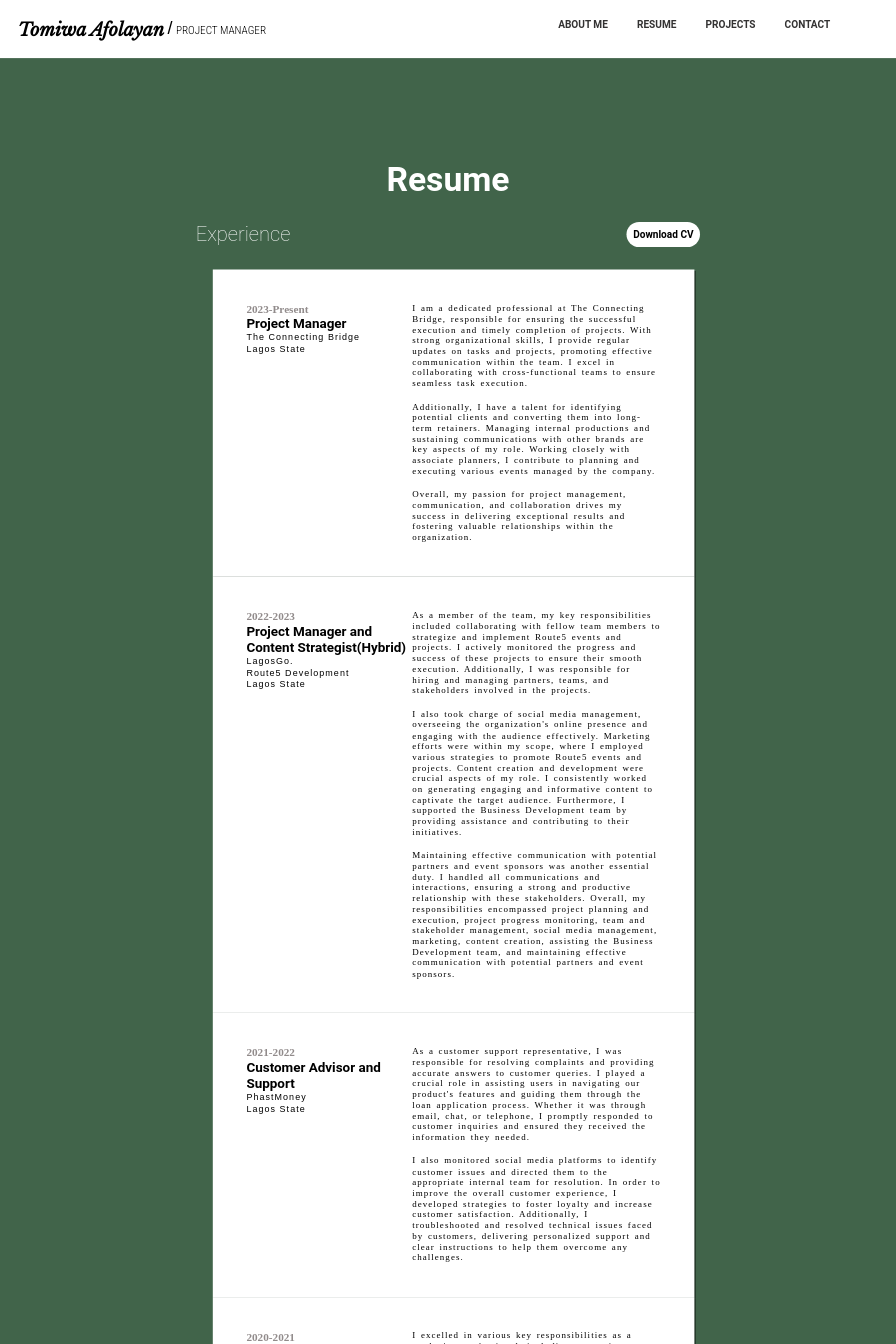
Repository: Nenepo/Tomiwa
Page: resume.html
An editor plug-in stored every save of this project. The page is shown before and after a run of saves, followed by the edit.
The browser window is 1280 px wide. The pictures show the part of the page from y = 0 to 1920 px (the page is 4882 px tall before and 4880 px after), at 70% of full size.
Some web fonts or font styles are not loaded; a fallback is used. Some web libraries are served in a nearby version.

Above is the page before, as saved 2023-07-14 10:50:44.
Console error: TypeError: Cannot read properties of null (reading 'addEventListener')

### resume.html
<html lang="en">
  <head>
    <meta charset="UTF-8" />
    <meta http-equiv="X-UA-Compatible" content="IE=edge" />
    <meta name="viewport" content="width=device-width, initial-scale=1.0" />
    <meta title="" />

    <!-- Description Tag -->
    <meta
      name="description"
      content="I identify the project's goals, objectives, and scope and I also create a project plan that outlines the tasks, timelines, and resources required. Learn more about Tomiwa Afolayan's expertise and achievements in project management."
    />

    <!-- Keywords Tag -->
    <meta
      name="keywords"
      content="project manager, strategic planning, user experience, team leadership, agile methodology, market research, project management,  project planning, risk management"
    />

    <!-- Open Graph (OG) Tags -->
    <meta
      name="og:title"
      content="Tomiwa Afolayan - Project Manager | Agile Methodology | Stakeholder Management"
    />
    <meta
      name="og:description"
      content="Experienced project manager skilled in agile methodology, stakeholder management, and delivering successful projects."
    />
    <meta name="og:image" content="http://example.com/image.jpg" />

    <!-- Twitter Card Tags -->
    <meta
      name="twitter:title"
      content="Tomiwa Afolayan - Project Manager | Agile Methodology | Stakeholder Management"
    />
    <meta
      name="twitter:description"
      content="Experienced project manager skilled in agile methodology, stakeholder management, and delivering successful projects."
    />
    <meta name="twitter:image" content="http://example.com/image.jpg" />
    <link rel="preconnect" href="https://fonts.googleapis.com" />
    <link rel="preconnect" href="https://fonts.gstatic.com" crossorigin />
    <script
      src="https://kit.fontawesome.com/abc87d4716.js"
      crossorigin="anonymous"
    ></script>
    <link
      href="https://fonts.googleapis.com/css2?family=Libre+Baskerville:ital@1&family=Noto+Serif+Georgian:wght@800&family=Roboto+Condensed:wght@300;700&display=swap"
      rel="stylesheet"
    />
    <!-- Title Tag -->
    <title>
      Tomiwa Afolayan - Product Manager | Strategic Planning | User Experience
    </title>
    <link href="styles.css" rel="stylesheet" />
  </head>
  <body>
    <iframe
      class="header-frame"
      src="header.html"
      frameborder="0"
      scrolling="no"
      seamless
    ></iframe>
    <main>
      <section class="container-resume">
        <h2 class="resume">Resume</h2>
        <div class="experience">
          <div><h3>Experience</h3></div>
          <div></div>
          <a class="cv" href="../../cv/TomiwaCV.pdf" download>Download CV</a>
        </div>
        <div class="resume-box">
          <div class="resume-box1">
            <div class="details">
              <h4>2023-Present</h4>
              <h3>Project Manager</h3>
              <p>The Connecting Bridge</p>
              <p>Lagos State</p>
            </div>
            <div class="description">
              <p>
                I am a dedicated professional at The Connecting Bridge,
                responsible for ensuring the successful execution and timely
                completion of projects. With strong organizational skills, I
                provide regular updates on tasks and projects, promoting
                effective communication within the team. I excel in
                collaborating with cross-functional teams to ensure seamless
                task execution.
              </p>
              <br />
              <p>
                Additionally, I have a talent for identifying potential clients
                and converting them into long-term retainers. Managing internal
                productions and sustaining communications with other brands are
                key aspects of my role. Working closely with associate planners,
                I contribute to planning and executing various events managed by
                the company.
              </p>
              <br />
              <p>
                Overall, my passion for project management, communication, and
                collaboration drives my success in delivering exceptional
                results and fostering valuable relationships within the
                organization.
              </p>
            </div>
          </div>
          <div class="resume-box1">
            <div class="details">
              <h4>2022-2023</h4>
              <h3>Project Manager and Content Strategist(Hybrid)</h3>
              <p>LagosGo.</p>
              <p>Route5 Development</p>
              <p>Lagos State</p>
            </div>
            <div class="description">
              <p>
                As a member of the team, my key responsibilities included
                collaborating with fellow team members to strategize and
                implement Route5 events and projects. I actively monitored the
                progress and success of these projects to ensure their smooth
                execution. Additionally, I was responsible for hiring and
                managing partners, teams, and stakeholders involved in the
                projects.
              </p>
              <br />
              <p>
                I also took charge of social media management, overseeing the
                organization's online presence and engaging with the audience
                effectively. Marketing efforts were within my scope, where I
                employed various strategies to promote Route5 events and
                projects. Content creation and development were crucial aspects
                of my role. I consistently worked on generating engaging and
                informative content to captivate the target audience.
                Furthermore, I supported the Business Development team by
                providing assistance and contributing to their initiatives.
              </p>
              <br />
              <p>
                Maintaining effective communication with potential partners and
                event sponsors was another essential duty. I handled all
                communications and interactions, ensuring a strong and
                productive relationship with these stakeholders. Overall, my
                responsibilities encompassed project planning and execution,
                project progress monitoring, team and stakeholder management,
                social media management, marketing, content creation, assisting
                the Business Development team, and maintaining effective
                communication with potential partners and event sponsors.
              </p>
            </div>
          </div>
          <div class="resume-box1">
            <div class="details">
              <h4>2021-2022</h4>
              <h3>Customer Advisor and Support</h3>
              <p>PhastMoney</p>
              <p>Lagos State</p>
            </div>
            <div class="description">
              <p>
                As a customer support representative, I was responsible for
                resolving complaints and providing accurate answers to customer
                queries. I played a crucial role in assisting users in
                navigating our product's features and guiding them through the
                loan application process. Whether it was through email, chat, or
                telephone, I promptly responded to customer inquiries and
                ensured they received the information they needed.
              </p>
              <br />
              <p>
                I also monitored social media platforms to identify customer
                issues and directed them to the appropriate internal team for
                resolution. In order to improve the overall customer experience,
                I developed strategies to foster loyalty and increase customer
                satisfaction. Additionally, I troubleshooted and resolved
                technical issues faced by customers, delivering personalized
                support and clear instructions to help them overcome any
                challenges.
              </p>
            </div>
          </div>
          <div class="resume-box1">
            <div class="details">
              <h4>2020-2021</h4>
              <h3>Marketing Manager( Hybrid)</h3>
              <p>The Factory Work</p>
              <p>Abuja</p>
            </div>
            <div class="description">
              <p>
                I excelled in various key responsibilities as a marketing
                professional, including generating marketing leads through
                effective prospecting, developing impactful marketing campaigns
                for products and events, visualizing and maintaining consistent
                branding across various channels, and successfully managing
                event promotions from start to finish.
              </p>
            </div>
          </div>
          <div class="resume-box1">
            <div class="details">
              <h4>2019-2021</h4>
              <h3>Project Manager</h3>
              <p>Playhouse Entertainment</p>
              <p>Ilorin, Kwara State.</p>
            </div>
            <div class="description">
              <p>
                In my role, I was responsible for designing event content,
                identifying and engaging with projects, investors, sponsors,
                partners, and PR contacts, managing relationships with partners
                and stakeholders of the Play house project, supervising team
                activities, negotiating sponsorships and partnerships,
                organizing PR team and board meetings, managing budgets and
                implementing cost-effective plans for projects, and developing
                work plans for team members.
              </p>
            </div>
          </div>
          <div class="resume-box1">
            <div class="details">
              <h4>2019-2020</h4>
              <h3>Special Effects Artist & Welfare</h3>
              <p>Xclusive Filmworks</p>
              <p>Ilorin, Kwara State.</p>
            </div>
            <div class="description">
              <p>
                In my role, I was responsible for producing visually captivating
                effects, convincing illusions, and designs for stage shows,
                films, music concerts, and live performances, enhancing the
                overall visual experience for audiences. I prioritized the
                welfare of team members by ensuring their needs were met and
                taken care of in a timely manner during every meeting and
                production.
              </p>
              <br />
              <p>
                Additionally, I took on the responsibility of overseeing the
                well-being of all cast and crew members on set, creating a safe
                and positive working environment. Moreover, I successfully
                managed monthly budgets and production expenses, implementing
                effective cost control measures to optimize resource allocation.
              </p>
            </div>
          </div>
          <div class="resume-box1">
            <div class="details">
              <h4>2019-2020</h4>
              <h3>Bartender/ Mixologist</h3>
              <p>Zambezi Restaurant and Lounge</p>
              <p>Ilorin, Kwara State.</p>
            </div>
            <div class="description">
              <p>
                I developed and maintained positive relationships with customers
                and business partners, ensuring their satisfaction and fostering
                long-term partnerships. Collaborating closely with team members,
                I effectively coordinated sales efforts to maximize revenue
                generation and deliver exceptional customer service. Reporting
                on a daily basis, I provided management with accurate insights
                on drink sales and inventory.
              </p>
              <br />
              <p>
                Additionally, I showcased my creativity by creating a variety of
                cocktail and mocktail recipes, adding a touch of innovation to
                the menu offerings and enhancing the overall customer
                experience. Lastly, I provided bartending services to customers,
                consistently delivering high-quality service and cultivating a
                welcoming and enjoyable atmosphere.
              </p>
            </div>
          </div>
        </div>
        <div>
          <h3 class="education">Education</h3>
          <div class="resume-box">
            <div class="education-box">
              <div class="education-date">
                <p>2016 - 2021</p>
              </div>
              <div class="education-details">
                <p>University of Ilorin</p>
                <p>(B.A History and International Studies)</p>
              </div>
            </div>
          </div>
        </div>

        <div class="professional-skill">
          <h3>Professional Skillset</h3>
          <div class="resume-box">
            <div class="skills">
              <ul>
                <li>Administration</li>
                <li>Customer Service</li>
                <li>Record Keeping</li>
                <li>Social Media Account Management</li>
                <li>Digital Marketing</li>
                <li>Sales</li>
                <li>Writer</li>
                <li>Report Writing</li>
                <li>Event Planning</li>
                <li>Event host</li>
                <li>Microsoft word</li>
                <li>PowerPoint</li>
                <li>E-mail</li>
                <li>Content writing and development</li>
              </ul>
            </div>
          </div>
        </div>
        <div class="professional-skill">
          <h3>Soft Skills</h3>
          <div class="resume-box">
            <div class="skills">
              <ul>
                <li>Analytical</li>
                <li>Communication</li>
                <li>Internet Search</li>
                <li>Teamwork and Collaboration</li>
                <li>Meticulous</li>
                <li>Planning and Organizing</li>
                <li>Time Management</li>
                <li>Negotiation</li>
                <li>Decision Making</li>
                <li>Resourcefulness</li>
                <li>Problem-Solving</li>
              </ul>
            </div>
          </div>
        </div>
      </section>
    </main>

    <iframe
      class="footer-frame2"
      src="footer.html"
      frameborder="0"
      scrolling="no"
      seamless
    ></iframe>
  </body>
</html>

### header.html
<!DOCTYPE html>
<html lang="en">
  <head>
    <meta charset="UTF-8" />
    <meta http-equiv="X-UA-Compatible" content="IE=edge" />
    <meta name="viewport" content="width=device-width, initial-scale=1.0" />
    <meta title="" />

    <!-- Description Tag -->
    <meta
      name="description"
      content="I identify the project's goals, objectives, and scope and I also create a project plan that outlines the tasks, timelines, and resources required. Learn more about Tomiwa Afolayan's expertise and achievements in project management."
    />

    <!-- Keywords Tag -->
    <meta
      name="keywords"
      content="project manager, strategic planning, user experience, team leadership, agile methodology, market research, project management,  project planning, risk management"
    />

    <!-- Open Graph (OG) Tags -->
    <meta
      name="og:title"
      content="Tomiwa Afolayan - Project Manager | Agile Methodology | Stakeholder Management"
    />
    <meta
      name="og:description"
      content="Experienced project manager skilled in agile methodology, stakeholder management, and delivering successful projects."
    />
    <meta name="og:image" content="http://example.com/image.jpg" />

    <!-- Twitter Card Tags -->
    <meta
      name="twitter:title"
      content="Tomiwa Afolayan - Project Manager | Agile Methodology | Stakeholder Management"
    />
    <meta
      name="twitter:description"
      content="Experienced project manager skilled in agile methodology, stakeholder management, and delivering successful projects."
    />
    <meta name="twitter:image" content="http://example.com/image.jpg" />
    <link rel="preconnect" href="https://fonts.googleapis.com" />
    <link rel="preconnect" href="https://fonts.gstatic.com" crossorigin />
    <script src="https://kit.fontawesome.com/abc87d4716.js" crossorigin="anonymous"></script>
    <link
      href="https://fonts.googleapis.com/css2?family=Libre+Baskerville:ital@1&family=Noto+Serif+Georgian:wght@800&family=Roboto+Condensed:wght@300;700&display=swap"
      rel="stylesheet"
    />

    <!-- Title Tag -->
    <title>
      Tomiwa Afolayan - Product Manager | Strategic Planning | User Experience
    </title>
    <link href="styles.css" rel="stylesheet" />

  </head>
<body>
  <header class="header">
    <!-- Header content goes here -->
    <!-- HAMBURGER -->
    <div class="menu-icon">
      <span class="mdi mdi-view-headline"></span>
      <span class="mdi mdi-close"></span>
    </div>
    <div class="site-header">
      <h5 class="logo">Tomiwa Afolayan</h5>
      <p class="hyphen">/</p>
      <h6 class="tag-line">PROJECT MANAGER</h6>
    </div>
    <div class="nav">
      <ol>
        <li class="list-item">
          <a  href="aboutme.html" target="_blank">ABOUT ME</a>
        </li>
        <li class="list-item">
          <a  href="resume.html" target="_blank">RESUME</a>

        </li>
        <li class="list-item">
          <a  href="projects.html" target="_blank">PROJECTS</a>
        </li>
        <li class="list-item">
          <a href="contact.html" target="_blank">CONTACT</a>
        </li>
      </ol>
    </div>
  </header>
  <script src="script.js">

  </script>
</body>
</html>

### footer.html
<!DOCTYPE html>
<html lang="en">
  <head>
    <meta charset="UTF-8" />
    <meta http-equiv="X-UA-Compatible" content="IE=edge" />
    <meta name="viewport" content="width=device-width, initial-scale=1.0" />
    <meta title="" />

    <!-- Description Tag -->
    <meta
      name="description"
      content="I identify the project's goals, objectives, and scope and I also create a project plan that outlines the tasks, timelines, and resources required. Learn more about Tomiwa Afolayan's expertise and achievements in project management."
    />

    <!-- Keywords Tag -->
    <meta
      name="keywords"
      content="project manager, strategic planning, user experience, team leadership, agile methodology, market research, project management,  project planning, risk management"
    />

    <!-- Open Graph (OG) Tags -->
    <meta
      name="og:title"
      content="Tomiwa Afolayan - Project Manager | Agile Methodology | Stakeholder Management"
    />
    <meta
      name="og:description"
      content="Experienced project manager skilled in agile methodology, stakeholder management, and delivering successful projects."
    />
    <meta name="og:image" content="http://example.com/image.jpg" />

    <!-- Twitter Card Tags -->
    <meta
      name="twitter:title"
      content="Tomiwa Afolayan - Project Manager | Agile Methodology | Stakeholder Management"
    />
    <meta
      name="twitter:description"
      content="Experienced project manager skilled in agile methodology, stakeholder management, and delivering successful projects."
    />
    <meta name="twitter:image" content="http://example.com/image.jpg" />
    <link rel="preconnect" href="https://fonts.googleapis.com" />
    <link rel="preconnect" href="https://fonts.gstatic.com" crossorigin />
    <script src="https://kit.fontawesome.com/abc87d4716.js" crossorigin="anonymous"></script>
    <link
      href="https://fonts.googleapis.com/css2?family=Libre+Baskerville:ital@1&family=Noto+Serif+Georgian:wght@800&family=Roboto+Condensed:wght@300;700&display=swap"
      rel="stylesheet"
    />
    <!-- Title Tag -->
    <title>
      Tomiwa Afolayan - Product Manager | Strategic Planning | User Experience
    </title>
    <link href="styles.css" rel="stylesheet" />
  </head>
<body>

 <footer>
    <!-- Footer content goes here -->

    <p class="copyright">&copy; 2023 by Nafisa Faruna. All rights reserved.</p>
    <div class="footer-end">
      <div class="call">
        <p >Call</p>
        <a href="tel: +9166447557"><i class="fa-solid fa-phone" style="color: #000000;"></i></a>
      </div>
      <div class="write">
        <p >Write</p>
        <a href="mailto:tomiwaafolayan69@gmail.com"><i class="fa-solid fa-envelope" style="color: #000000;"></i></a>
      </div>
      <div class="follow">
        <p >Follow</p>
        <ol>
         <li><a href="https://twitter.com/irregularsam"><i class="fa-brands fa-twitter" style="color: #000000;"></i></a></li>
         <li><a href="https://www.instagram.com/tomiwa__afolayan/"><i class="fa-brands fa-linkedin-in" style="color: #000000;"></i></a></li>
         <li><a href="https://www.linkedin.com/in/tomiwa-afolayan-053242218"><i class="fa-brands fa-instagram" style="color: #000000;"></i></a></li>

        </ol>

       </div>
    </div>
  </footer>

</body>
</html>

Loaded but not shown: script.js (16 lines, source omitted); styles.css (1029 lines, source omitted)

After the next 2 saves:
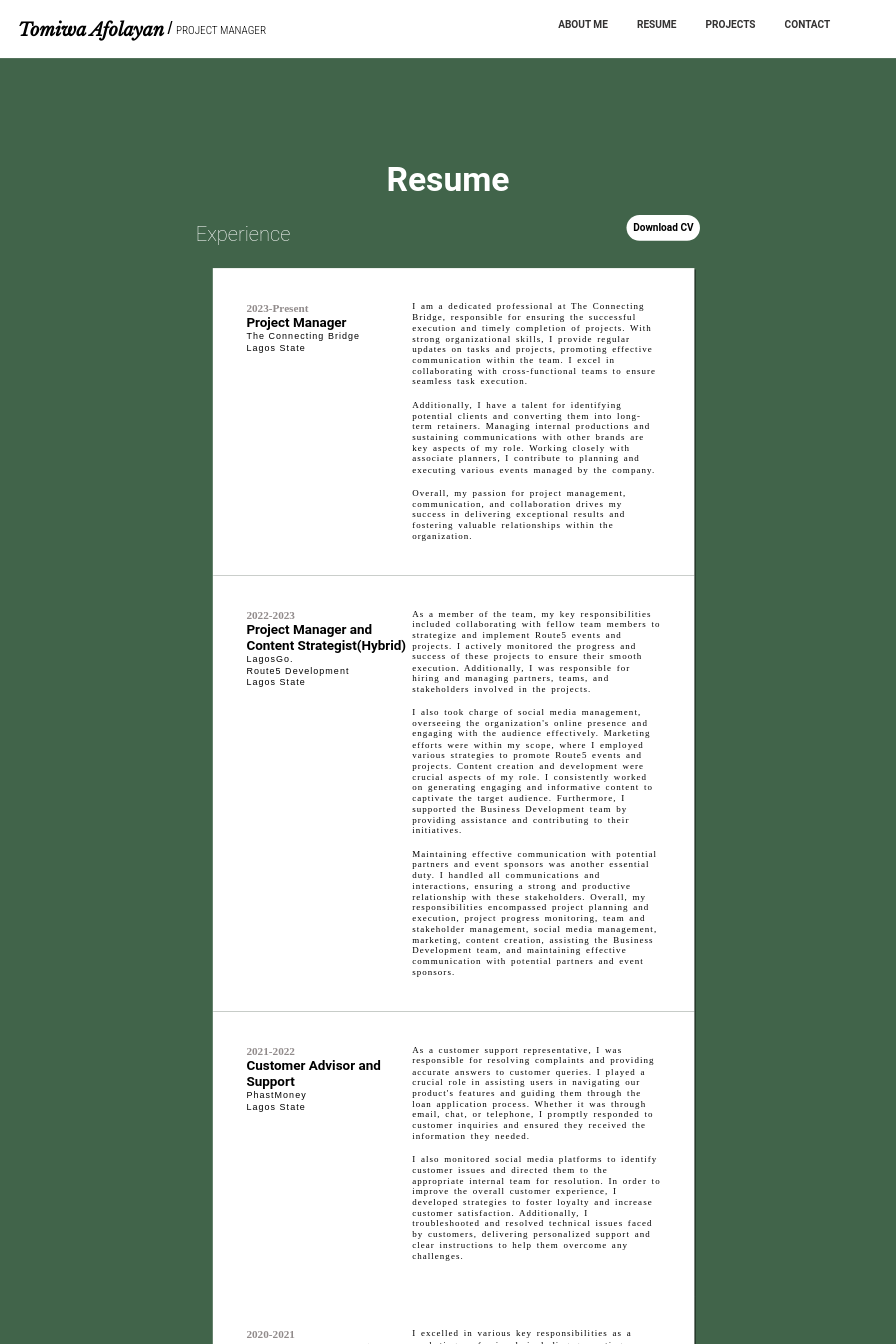
The 2 saves are shown as one change because they came seconds apart.
The last was saved 7 s later.
--- a/resume.html
+++ b/resume.html
@@ -67,8 +67,8 @@
         <h2 class="resume">Resume</h2>
         <div class="experience">
           <div><h3>Experience</h3></div>
-          <div></div>
-          <a class="cv" href="../../cv/TomiwaCV.pdf" download>Download CV</a>
+          <div> <a class="cv" href="../../cv/TomiwaCV.pdf" download>Download CV</a></div>
+
         </div>
         <div class="resume-box">
           <div class="resume-box1">
